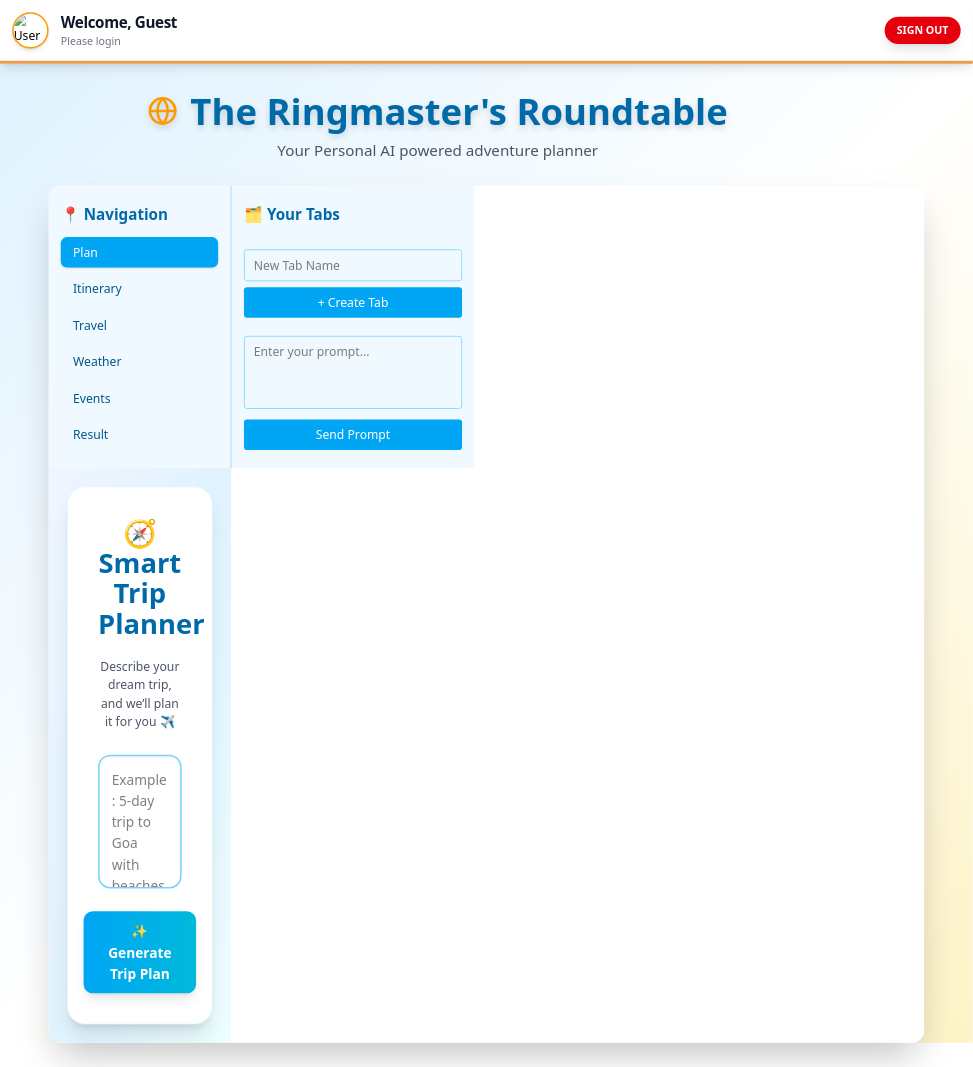
Repository: vega2006/The-Ringmaster-s-Roundtable
Page: /prompt (app in client/)
These files come from the project's save history. The page is drawn as it stood at one moment and after the next save; the edit follows.
The browser window is 1280 px wide. The pictures show the whole page, at 76% of full size.
The page's requests for data from a server got no answer. The project was rebuilt for these pictures with package versions that can differ from the ones it lists, and the page was loaded fresh each time. No one was signed in, and anything a server would have sent is missing. Also part of the build but not shown: client/vite.config.js, client/src/components/GoogleLogin.jsx, client/src/components/NotFound.jsx, client/src/components/Sidebar.jsx, client/src/components/PlanInput.jsx, client/src/components/WeatherContent.jsx, client/src/components/TravelContent.jsx, client/src/components/ItineraryContent.jsx and 8 more.

Above is the page before, as saved 2025-10-09 17:15:55.

### client/src/App.jsx


import { GoogleOAuthProvider } from "@react-oauth/google";
import GoogleLogin from "./components/GoogleLogin";
import { BrowserRouter, Route, Routes, Navigate } from 'react-router-dom';
import { useState } from 'react';
import RefreshHandler from './components/RefreshHandler';
import NotFound from './components/NotFound';
import Dashboard from "./pages/Dashboard";
import Home from "./pages/Home";
import AIDashboard from "./pages/AIDashboard";
export default function App() {
  const [isAuthenticated, setIsAuthenticated] = useState(false);

  const GoogleWrapper = () => (
    <GoogleOAuthProvider clientId="1054190178825-cc3eg87b9uvh9hfn384ge5sqe5hq9l5v.apps.googleusercontent.com">
      <GoogleLogin />
    </GoogleOAuthProvider>
  );

  const PrivateRoute = ({ element }) => {
    return isAuthenticated ? element : element;
  };

  return (
    <BrowserRouter>
      <RefreshHandler setIsAuthenticated={setIsAuthenticated} />
      <Routes>
        {/* Public route for the Home page, where users can sign in */}
        <Route path="/" element={<Home isAuthenticated={isAuthenticated} />} />

        {/* This is the login page. Redirect to home after login. */}
        <Route path="/login" element={<GoogleWrapper />} />

        {/* This is the protected dashboard route */}
        <Route path='/dashboard' element={<PrivateRoute element={<Dashboard />} />} />
         <Route path='/prompt' element={<PrivateRoute element={<AIDashboard />} />} />

        {/* Catch-all route for invalid URLs */}
        <Route path="*" element={<NotFound />} />
      </Routes>
    </BrowserRouter>
  );
}

### client/src/components/RefreshHandler.jsx
import React, { useEffect } from 'react';
import { useLocation, useNavigate } from 'react-router-dom';

function RefrshHandler({ setIsAuthenticated }) {
    const location = useLocation();
    const navigate = useNavigate();

    useEffect(() => {
        const data = localStorage.getItem('user-info');
        const token = JSON.parse(data)?.token;
        if (token) {
            setIsAuthenticated(true);
            if (location.pathname === '/' ||
                location.pathname === '/login'
            ) {
                navigate('/dashboard', { replace: false });
            }
        }
    }, [location, navigate, setIsAuthenticated])

    return (
        null
    )
}

export default RefrshHandler

### client/src/pages/AIDashboard.jsx
import {TripProvider } from "../contexts/TripContext";
import AppHeader from "../components/AppHeader";
import PromptBasedSidebar from "../components/PromptBasedSideBar";
import MainContent from "../components/MainContent";
import AIContentRouter from "../components/AIContentRouter";
import React, { useEffect, useState } from 'react'
import { useNavigate } from 'react-router-dom';
import RightSidebar from "../components/TabBar";
const AIDashboard = () => {

     const [userInfo, setUserInfo] = useState(null);
    const navigate = useNavigate();

    useEffect(()=>{
        const data = localStorage.getItem('user-info');
        const userData = JSON.parse(data);
        setUserInfo(userData);
    },[])

    const handleLogout = ()=>{
        localStorage.removeItem('user-info');
        navigate('/login');
    }


  return (
    <div>
      <div className="sticky top-0 z-10 bg-white shadow-lg p-3 sm:p-4 border-b-4 border-amber-600/70">
                <div className="max-w-7xl mx-auto flex justify-between items-center">

                    {/* User Info Display */}
                    <div className="flex items-center space-x-4">
                        <img
                            className="w-12 h-12 rounded-full object-cover shadow-md border-2 border-amber-500"
                            src={userInfo?.image}
                            alt={userInfo?.name || 'User'}
                            onError={(e) => { e.target.onerror = null; e.target.src="https://placehold.co/40x40/FFC107/333?text=?" }}
                        />
                        <div className="hidden sm:block">
                            <h1 className="text-xl font-bold text-gray-900 tracking-tight">Welcome, {userInfo?.name || 'Guest'}</h1>
                            <h3 className="text-sm text-gray-500">{userInfo?.email || 'Please login'}</h3>
                        </div>
                        <div className="sm:hidden text-lg font-bold text-gray-900">
                           {userInfo?.name ? `Hello, ${userInfo.name.split(' ')[0]}!` : 'Hello!'}
                        </div>
                    </div>

                    {/* Logout Button (Stylized and positioned on the right) */}
                    <button
                        onClick={handleLogout}
                        className="px-4 py-2 bg-red-600 text-white font-semibold rounded-full shadow-lg hover:bg-red-700
                                   transition duration-150 transform hover:scale-[1.02] active:scale-95
                                   focus:outline-none focus:ring-4 focus:ring-red-300 uppercase text-sm"
                    >
                        Sign Out
                    </button>
                </div>
            </div>

      <TripProvider>

        <div className="min-h-screen bg-gradient-to-br from-sky-100 via-white to-amber-100 font-inter">
          <AppHeader />
          <div className="max-w-6xl mx-auto grid grid-cols-1 md:grid-cols-[240px_1fr] bg-white shadow-2xl rounded-2xl overflow-hidden mt-4 mb-8">
            <PromptBasedSidebar />



              <RightSidebar/>
                            <AIContentRouter />

                       <MainContent/>


          </div>
        </div>
    </TripProvider>

    </div>
  )
}
export default AIDashboard

### client/src/api/api.jsx
import axios from "axios";

const API_BASE = `${import.meta.env.VITE_BACKEND_URL}/api`;


const api = axios.create({
    baseURL: "http://localhost:4000/auth/",
    // withCredentials: true,
});

export const googleAuth = (code) => api.get(`/google?code=${code}`);


export const getWeather = (city, travelDate) =>
  axios.get(`${API_BASE}/weather?city=${encodeURIComponent(city)}&travelDate=${encodeURIComponent(travelDate)}`);
;

export const getRoute = (origin, destination, travelDate) =>
  axios.get(`${API_BASE}/maps?origin=${encodeURIComponent(origin)}&destination=${encodeURIComponent(destination)}&travelDate=${encodeURIComponent(travelDate)}`);


export const getEvents = (destination, startTravelDate, endTravelDate) =>
  axios.get(`${API_BASE}/events`, {
    params: {
      city: destination,
      startDate: startTravelDate,
      endDate: endTravelDate,
    },
  });

export const getTripBudget = async (payload) => {
  // console.log(payload);
  return axios.post(`${API_BASE}/budget`, payload);
};


export const getItinerary = async (destination,startDate, endDate) => {
  return axios.post(`${API_BASE}/itinerary/generate`, {
      destination,
      startDate,
      endDate,
    });
};

### client/src/components/AppHeader.jsx
import React from 'react';
import { Globe } from 'lucide-react';

const AppHeader = () => (
    <div className="w-full max-w-6xl text-center pt-8 pb-4">
        <h1 className="text-4xl sm:text-5xl font-extrabold text-sky-700 drop-shadow-lg leading-tight flex items-center justify-center">
            <Globe className="w-8 h-8 sm:w-10 sm:h-10 mr-4 text-amber-500" />
            The Ringmaster's Roundtable
        </h1>
        <p className="text-center text-lg sm:text-xl text-gray-600 mt-2">Your Personal AI powered adventure planner</p>
    </div>
);

export default AppHeader;

### client/src/components/MainContent.jsx
export default function MainContent({ children }) {
  return (
    <main className="p-8 bg-white overflow-y-auto">
      {children}
    </main>
  );
}

### client/src/components/PlanByPrompt.jsx
import { useState } from "react";
import { useTrip } from "../contexts/TripContext";

// Helper function to get the current date in YYYY-MM-DD format (required for HTML date input min)
const getTodayDate = () => {
  const today = new Date();
  const year = today.getFullYear();
  const month = String(today.getMonth() + 1).padStart(2, '0');
  const day = String(today.getDate()).padStart(2, '0');
  return `${year}-${month}-${day}`;
};
export default function PlanByPrompt() {
  const [prompt, setPrompt] = useState("");
  const [isLoading, setIsLoading] = useState(false);
  const [result, setResult] = useState(null);

  const {activeTab, setActiveTab,
    manualRoute,origin,
       events,setEvents,
        setOrigin,
        destination,
        setDestination,
        setManualRoute,manualWeather,setManualWeather,AIResult,setAIResult,itinerary,setItinerary}=useTrip();
  const generate = async () => {
    if (!prompt.trim()) {
      alert("Please describe your trip before generating!");
      return;
    }

    setIsLoading(true);
    try {
      const response = await fetch("http://localhost:4000/api/mcp-server", {
        method: "POST",
        headers: { "Content-Type": "application/json" },
        body: JSON.stringify({ prompt , userId:"2345326542d324" }),
      });

      const data = await response.json();
     await  setOrigin(data.trip.origin);
      await setDestination(data.trip.destination);
      setManualWeather(data.trip.weather);
      setItinerary(data.trip.itinerary);
    setManualRoute({
  origin,
  destination,
  routes: data.trip.route// entire object returned from backend
});
      setActiveTab("Weather");
      setEvents(data.trip.events);
    } catch (err) {
      console.error("Error generating trip plan:", err);
      alert("Failed to generate trip plan. Please try again.");
    } finally {
      setIsLoading(false);
    }
  };

  return (
    <div className="min-h-screen bg-gradient-to-br from-blue-50 via-sky-100 to-cyan-50 flex flex-col items-center justify-center p-6">
      <div className="w-full max-w-3xl bg-white rounded-3xl shadow-xl p-10 border border-sky-100">
        {/* Header */}
        <h1 className="text-4xl font-extrabold text-sky-700 text-center mb-6">
          🧭 Smart Trip Planner
        </h1>
        <p className="text-gray-600 text-center mb-8">
          Describe your dream trip, and we’ll plan it for you ✈️
        </p>

        {/* Prompt Input */}
        <textarea
          placeholder="Example: 5-day trip to Goa with beaches and cafes"
          value={prompt}
          onChange={(e) => setPrompt(e.target.value)}
          rows="5"
          className="w-full p-4 border-2 border-sky-300 rounded-2xl shadow-inner focus:ring-2 focus:ring-sky-500 outline-none text-lg resize-none transition-all duration-200"
        />

        {/* Generate Button */}
        <div className="flex justify-center mt-6">
          <button
            onClick={generate}
            disabled={isLoading}
            className={`px-8 py-3 text-lg font-semibold text-white rounded-xl shadow-lg transition-all duration-300 ${
              isLoading
                ? "bg-sky-400 cursor-not-allowed"
                : "bg-gradient-to-r from-sky-500 to-cyan-500 hover:from-sky-600 hover:to-cyan-600"
            }`}
          >
            {isLoading ? "Planning..." : "✨ Generate Trip Plan"}
          </button>
        </div>


      </div>
    </div>
  );
}

### client/src/components/PromptBasedSideBar.jsx
import { useTrip } from "../contexts/TripContext";
import { TABS } from "../utils/PromptBasedConstants";

export default function PromptBasedSidebar() {
  const { activeTab, setActiveTab, isResultAvailable } = useTrip();

  return (
    <aside className="bg-sky-50 border-r border-sky-200 py-6 px-4">
      <h2 className="text-xl font-semibold mb-4 text-sky-700">📍 Navigation</h2>
      <nav className="flex flex-col space-y-2">
        {TABS.map((tab) => (
          <button
            key={tab}
            disabled={tab !== "Plan" && !isResultAvailable}
            onClick={() => setActiveTab(tab)}
            className={`px-4 py-2 text-left rounded-lg font-medium transition-all ${
              activeTab === tab
                ? "bg-sky-500 text-white shadow"
                : "hover:bg-sky-100 text-sky-800"
            } ${tab !== "Plan" && !isResultAvailable ? "opacity-50 cursor-not-allowed" : ""}`}
          >
            {tab}
          </button>
        ))}
      </nav>
    </aside>
  );
}

### client/src/components/AIContentRouter.jsx
import { useTrip } from "../contexts/TripContext";
import PlanByPrompt from "./PlanByPrompt";
import WeatherContent from "./WeatherContent";
import TravelContent from "./TravelContent";
import PromptBasedItinerary from "./PromptBasedItinerary";
import BudgetContent from "./BudgetContent";
import PromptBasedEvents from "./PromptBasedEvents";
import AIresult from "./AIresult";
export default function AIContentRouter() {
  const { activeTab } = useTrip();

  switch (activeTab) {
    case "Plan": return <PlanByPrompt/>;
    case "Result": return <AIresult/>;
    case "Weather": return <WeatherContent />;
    case "Travel": return <TravelContent />;
    case "Itinerary": return <PromptBasedItinerary/>;
    case "Budget": return <BudgetContent />;
    case "Events": return < PromptBasedEvents/>;
    default: return <PlanInput />;
  }
}

### client/src/components/TabBar.jsx
import { useState, useEffect } from "react";
import { useTrip } from "../contexts/TripContext";
import axios from "axios";

export default function RightSidebar({ userId }) {
  const { activeTab, setActiveTab, isResultAvailable } = useTrip();
  const [tabs, setTabs] = useState([]);
  const [newTabName, setNewTabName] = useState("");
  const [prompt, setPrompt] = useState("");

  // Fetch tabs from backend on mount
  useEffect(() => {
    async function fetchTabs() {
      try {
        const response = await axios.get("/api/tabs", { params: { userId } });
        setTabs(response.data); // assuming backend returns [{ tabId, name }]
      } catch (err) {
        console.error("Error fetching tabs:", err);
      }
    }
    fetchTabs();
  }, [userId]);

  // Handle clicking on a tab
  const handleTabClick = async (tab) => {
    setActiveTab(tab.name);
    try {
      await axios.post("/api/tabSelect", { tabId: tab.tabId, userId });
    } catch (err) {
      console.error("Error sending tab selection:", err);
    }
  };

  // Handle sending prompt
  const handleSendPrompt = async () => {
    if (!activeTab) return alert("Select a tab first!");
    try {
      await axios.post("/api/sendPrompt", { userId, tabName: activeTab, prompt });
      setPrompt(""); // clear input after sending
    } catch (err) {
      console.error("Error sending prompt:", err);
    }
  };

  // Handle creating a new tab
  const handleCreateNewTab = async () => {
    if (!newTabName.trim()) return;
    try {
      const response = await axios.post("/api/createTab", { userId, name: newTabName });
      setTabs((prev) => [...prev, response.data]); // add new tab to list
      setNewTabName("");
    } catch (err) {
      console.error("Error creating new tab:", err);
    }
  };

  return (
    <aside className="bg-sky-50 border-l border-sky-200 py-6 px-4 w-80 flex-shrink-0 flex flex-col">
      <h2 className="text-xl font-semibold mb-4 text-sky-700">🗂 Your Tabs</h2>

      <div className="flex flex-col space-y-2 mb-4 overflow-y-auto">
        {/* {tabs.length!==0&&tabs.map((tab) => (
          <button
            key={tab.tabId}
            onClick={() => handleTabClick(tab)}
            className={`px-4 py-2 text-left rounded-lg font-medium transition-all ${
              activeTab === tab.name
                ? "bg-sky-500 text-white shadow"
                : "hover:bg-sky-100 text-sky-800"
            }`}
          >
            {tab.name}
          </button>
        ))} */}
      </div>

      {/* Create New Tab */}
      <div className="mb-4">
        <input
          type="text"
          placeholder="New Tab Name"
          value={newTabName}
          onChange={(e) => setNewTabName(e.target.value)}
          className="w-full px-3 py-2 rounded border border-sky-300 focus:outline-none focus:ring-2 focus:ring-sky-400 mb-2"
        />
        <button
          onClick={handleCreateNewTab}
          className="w-full px-4 py-2 bg-sky-500 text-white rounded hover:bg-sky-600 transition"
        >
          + Create Tab
        </button>
      </div>

      {/* Prompt Input */}
      <div className="mt-auto">
        <textarea
          placeholder="Enter your prompt..."
          value={prompt}
          onChange={(e) => setPrompt(e.target.value)}
          className="w-full h-24 px-3 py-2 rounded border border-sky-300 focus:outline-none focus:ring-2 focus:ring-sky-400 mb-2 resize-none"
        />
        <button
          onClick={handleSendPrompt}
          className="w-full px-4 py-2 bg-sky-500 text-white rounded hover:bg-sky-600 transition"
        >
          Send Prompt
        </button>
      </div>
    </aside>
  );
}

### client/src/utils/constants.jsx
export const API_KEY = "";
export const API_URL = `https://generativelanguage.googleapis.com/v1beta/models/gemini-2.5-flash-preview-05-20:generateContent?key=${API_KEY}`;

export const TABS = ["Plan", "Itinerary", "Budget", "Travel", "Weather", "Events","Result"];

export const RESPONSE_SCHEMA = {
  type: "OBJECT",
  properties: {
    destination: { type: "STRING" },
    duration_days: { type: "NUMBER" },
    summary: { type: "STRING" },
    itinerary: {
      type: "ARRAY",
      items: {
        type: "OBJECT",
        properties: {
          day: { type: "NUMBER" },
          date: { type: "STRING" },
          activities: { type: "ARRAY", items: { type: "STRING" } },
        },
      },
    },
  },
};

### client/src/utils/PromptBasedConstants.jsx
export const API_KEY = "";
export const API_URL = `https://generativelanguage.googleapis.com/v1beta/models/gemini-2.5-flash-preview-05-20:generateContent?key=${API_KEY}`;

export const TABS = ["Plan", "Itinerary","Travel", "Weather", "Events","Result"];

export const RESPONSE_SCHEMA = {
  type: "OBJECT",
  properties: {
    destination: { type: "STRING" },
    duration_days: { type: "NUMBER" },
    summary: { type: "STRING" },
    itinerary: {
      type: "ARRAY",
      items: {
        type: "OBJECT",
        properties: {
          day: { type: "NUMBER" },
          date: { type: "STRING" },
          activities: { type: "ARRAY", items: { type: "STRING" } },
        },
      },
    },
  },
};

Loaded but not shown: client/index.html (common file); client/src/main.jsx (common file); client/src/index.css (common file); client/src/contexts/TripContext.jsx (195 lines, source omitted)

After the next save:
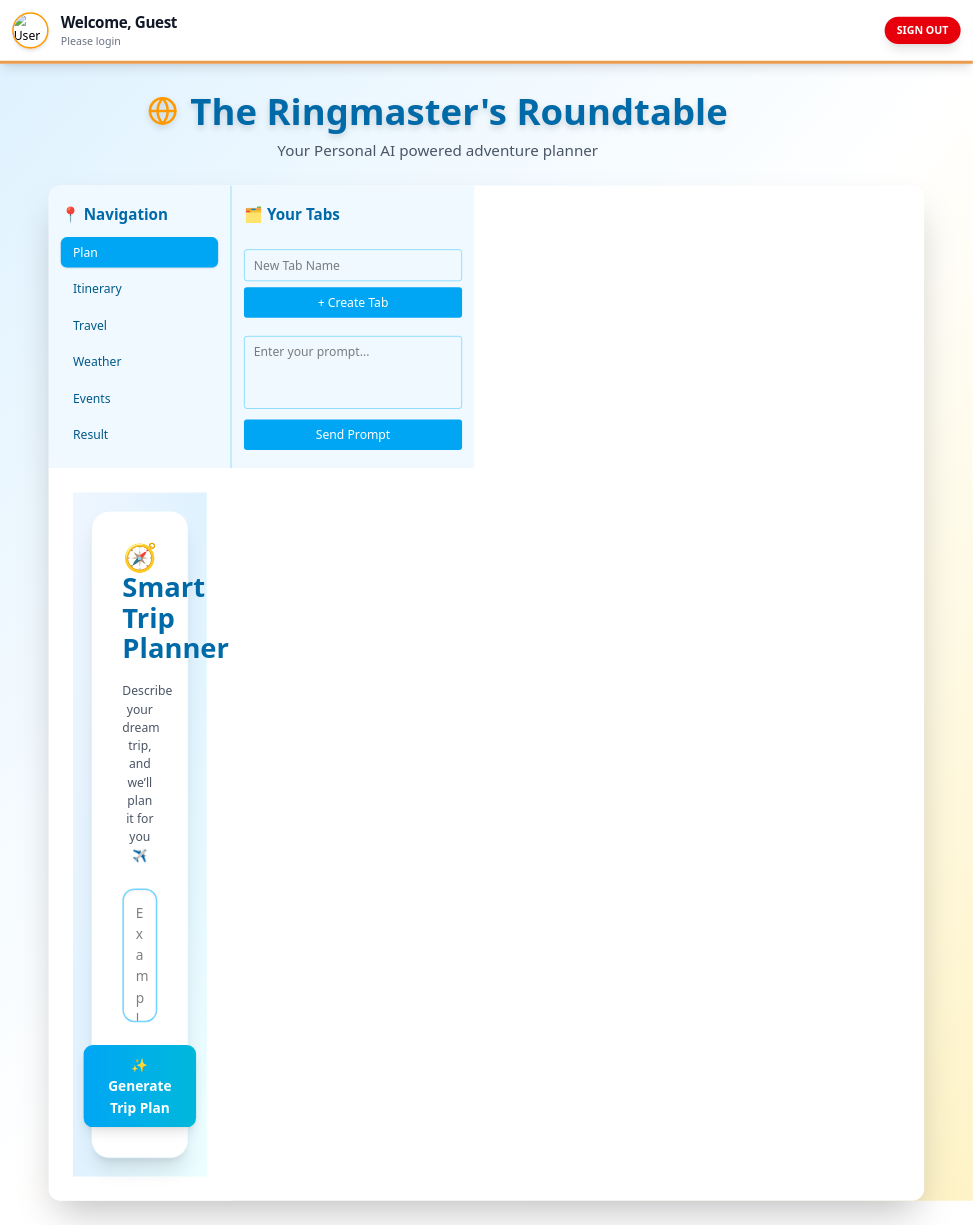
Saved 17 s later.
--- a/client/src/pages/AIDashboard.jsx
+++ b/client/src/pages/AIDashboard.jsx
@@ -64,12 +64,10 @@ const AIDashboard = () => {
           <div className="max-w-6xl mx-auto grid grid-cols-1 md:grid-cols-[240px_1fr] bg-white shadow-2xl rounded-2xl overflow-hidden mt-4 mb-8">
             <PromptBasedSidebar />
 
-
-
-              <RightSidebar/>
+            <RightSidebar/>
+            <MainContent>
                             <AIContentRouter />
-
-                       <MainContent/>
+                       </MainContent>
 
 
           </div>
